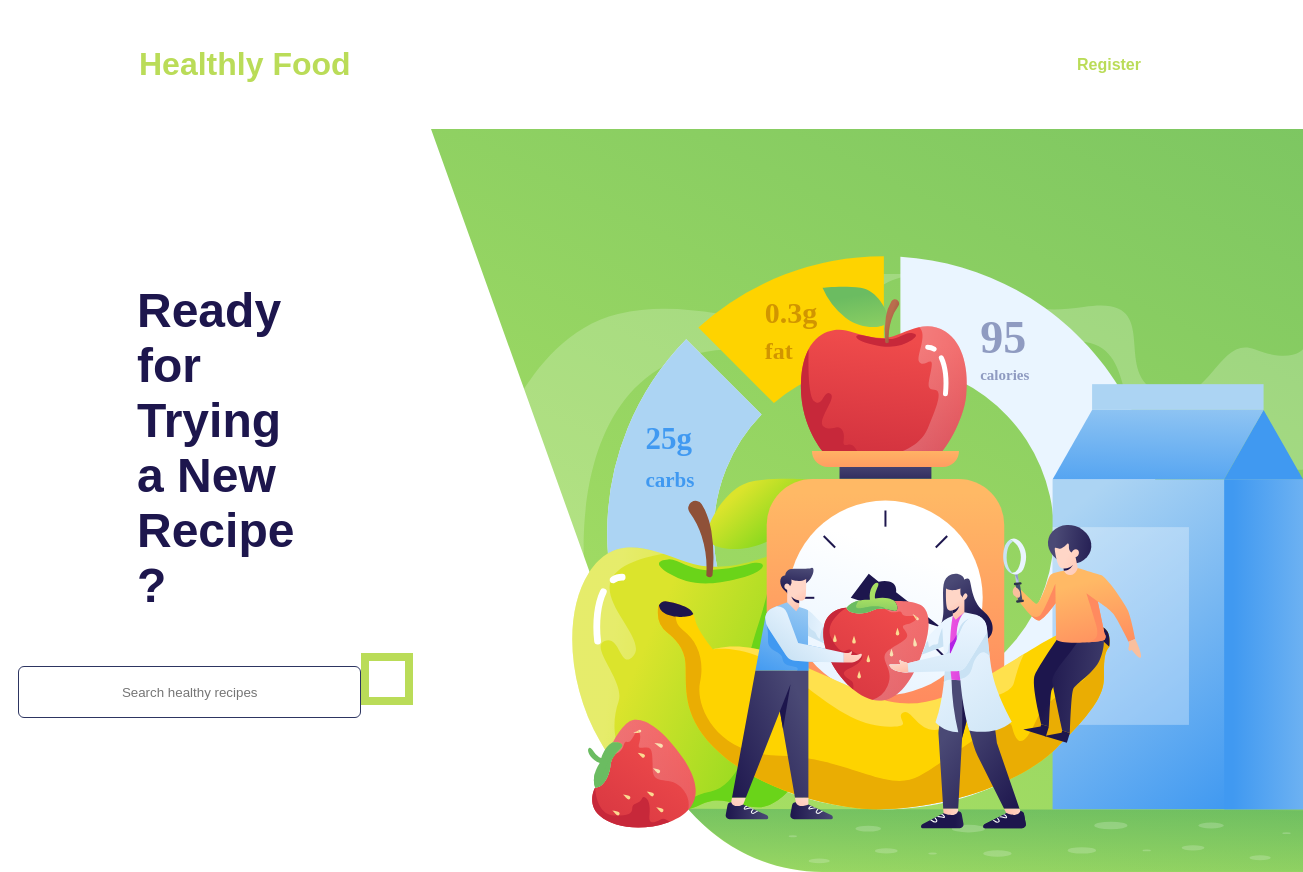
Repository: LuccaCasalecchi/HealthyFood
Page: /
The author's editor kept a copy of each file at every save. The page is drawn from the files as they stood at one save, then again after the next save.
The browser window is 1280 px wide. The page is 1303 px wide, so the pictures cover 1303 px, including what lies to the right of the window. The pictures show the whole page.
The project was rebuilt for these pictures with package versions that can differ from the ones it lists, and the page was loaded fresh each time.

Above is the page before, as saved 2021-08-17 21:45:53.

After the next save:
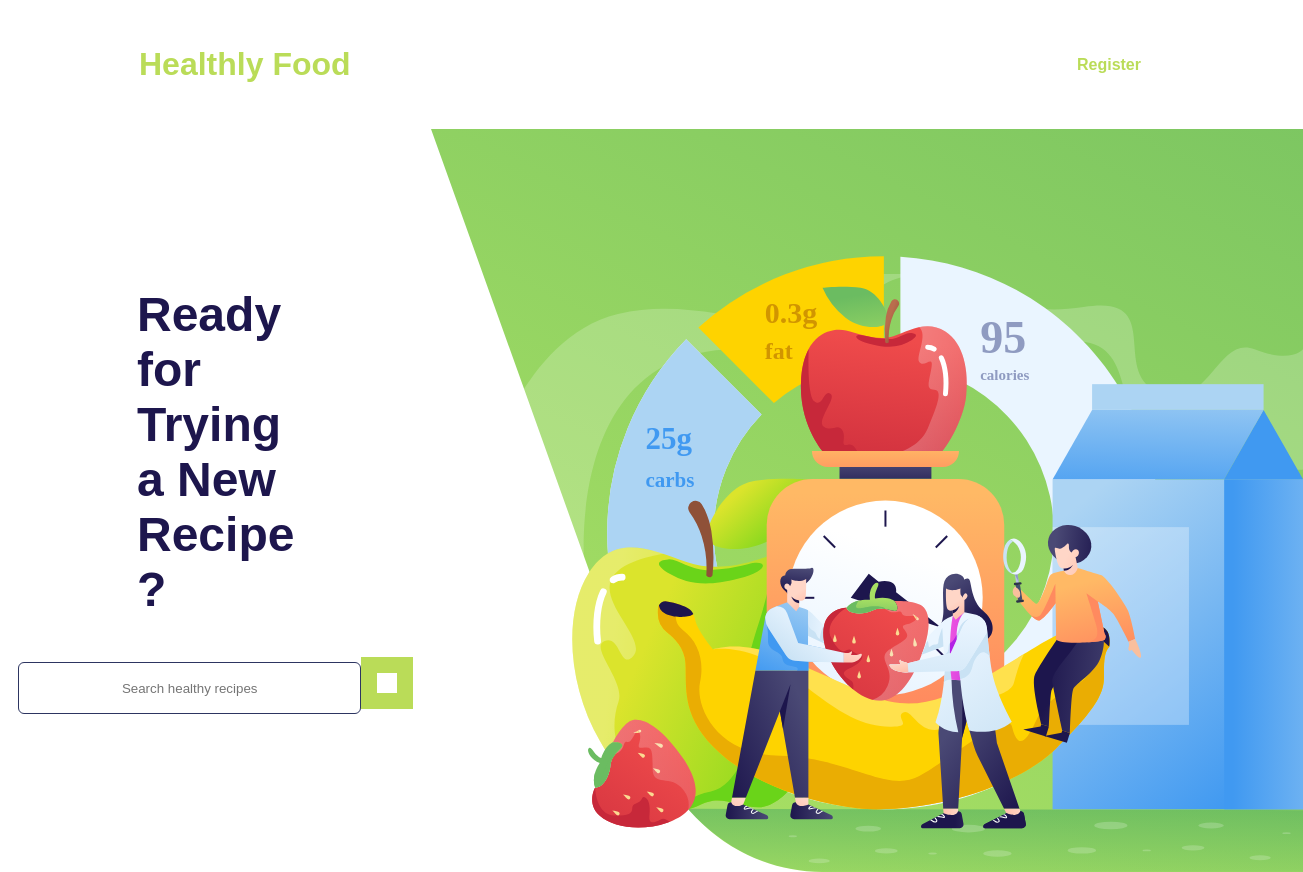
Saved 15 s later.
--- a/src/components/Input/Input.css
+++ b/src/components/Input/Input.css
@@ -10,6 +10,6 @@ button{
   width: 52px;
   height: 52px;
   background-color: white;
-  border: 8px solid #BADC58;
+  border: 16px solid #BADC58;
 
 }
